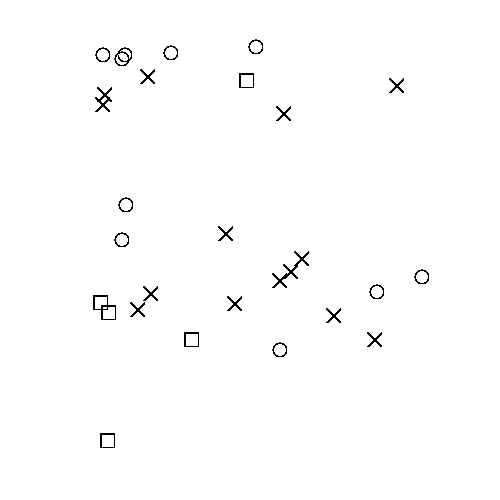
Repository: benceluzsinszky/rock-paper-scissors-simulation-pygame
Script's output: python main.py
An editor plug-in stored every save of this project. The script's output is shown before and after a run of saves, followed by the edit.
The window is shown after at most 60 frames with no key pressed. Random numbers start from a fixed seed. It also reads sprites/paper.png, sprites/rock.png, sprites/scissors.png.

Above is the script's output before, as saved 2023-04-24 21:04:16.

### main.py
import pygame
import sys
import random

from sprites import Sprite


class Game():
    """
    This class initializes the Pygame module and creates the game screen.
    """

    def __init__(self) -> None:
        """
        Initializes Pygame module and creates game screen.
        """
        pygame.init()

        self.clock = pygame.time.Clock()

        pygame.display.set_caption("Rock Paper Scissors")

        self.screen = pygame.display.set_mode((500, 500))

        self.rocks = pygame.sprite.Group()
        self.papers = pygame.sprite.Group()
        self.scissors = pygame.sprite.Group()

        self.sprite_groups = [self.rocks, self.papers, self.scissors]

        self.create_sprites("rock", self.rocks)
        self.create_sprites("paper", self.papers)
        self.create_sprites("scissors", self.scissors)

    def run_game(self):
        """
        Starts the game loop that continues until the user exits the game.
        """
        while True:
            self.check_events()
            self.move_sprites(self.rocks, self.scissors, self.papers)
            self.move_sprites(self.scissors, self.papers, self.rocks)
            self.move_sprites(self.papers, self.rocks, self.scissors)
            self.check_collisions()
            self.update_screen()
            self.clock.tick(60)

    def update_screen(self):
        """
        Updates the game screen with new information.
        """
        self.screen.fill((255, 255, 255))

        for group in self.sprite_groups:
            for sprite in group:
                sprite.blit_sprite()

        pygame.display.flip()

    def check_events(self):
        """
        Checks for user input events such as key presses or window close events.
        """
        for event in pygame.event.get():
            if event.type == pygame.QUIT:
                pygame.quit()
                sys.exit()
            elif event.type == pygame.KEYDOWN:
                if event.key == pygame.K_ESCAPE:
                    self.running = False

    def collision(self, winner, loser, type):
        collision = pygame.sprite.groupcollide(winner, loser, False, True)

        if collision:
            dead_sprite_rect_x = list(collision.values())[0][0].rect.x
            dead_sprite_rect_y = list(collision.values())[0][0].rect.y
            sprite = Sprite(self, type, (dead_sprite_rect_x, dead_sprite_rect_y))
            winner.add(sprite)

    def check_collisions(self):
        self.collision(self.rocks, self.scissors, "rock")
        self.collision(self.scissors, self.papers, "scissors")
        self.collision(self.papers, self.rocks, "paper")

    def move_sprites(self, wathced_group, food, enemy):
        for sprite in wathced_group:
            sprite.action(food, enemy)

    def create_sprites(self, type, group):
        for _ in range(10):
            random_x = random.randint(10, 490)
            random_y = random.randint(10, 490)
            sprite = Sprite(self, type, (random_x, random_y))
            group.add(sprite)


if __name__ == "__main__":
    game = Game()
    game.run_game()

### sprites.py
import pygame
import math

from pygame.sprite import Sprite


class Sprite(Sprite):
    """
    Class that creats a Rock/Papaer/Scissor character.
    """
    def __init__(self, game, character=str, location=tuple) -> None:
        super().__init__()
        self.screen = game.screen
        self.image = pygame.image.load(f"sprites/{character}.png")
        self.image = pygame.transform.scale(self.image, (15, 15))
        self.image.set_colorkey((255, 255, 255))
        self.rect = self.image.get_rect()
        self.rect.x = location[0]
        self.rect.y = location[1]
        self.closest_food = None
        self.closest_food_distance = float("inf")
        self.closest_enemy = None
        self.closest_enemy_distance = float("inf")

    def blit_sprite(self):
        self.screen.blit(self.image, self.rect)

    def get_food_info(self, food):
        for sprite in food:
            distance = math.sqrt((
                sprite.rect[0] - self.rect[1])**2 + (sprite.rect[1] - self.rect[1])**2)
            if distance < self.closest_food_distance:
                self.closest_food_distance = distance
                self.closest_food = sprite

    def get_enemy_info(self, enemy):
        for sprite in enemy:
            distance = math.sqrt((
                sprite.rect[0] - self.rect[1])**2 + (sprite.rect[1] - self.rect[1])**2)
            if distance < self.closest_enemy_distance:
                self.closest_enemy_distance = distance
                self.closest_enemy = sprite

    def eat(self):
        try:
            direction = pygame.math.Vector2(self.closest_food.rect.center) - pygame.math.Vector2(self.rect.center)
            try:
                direction.normalize_ip()
            except ValueError:
                pass
            if (
                self.rect.top > 0 and
                self.rect.bottom < 500 and
                self.rect.left > 0 and
                self.rect.right < 500
                 ):
                self.rect.move_ip(direction * 2)
        except AttributeError:
            pass

    def run(self):
        direction = pygame.math.Vector2(self.closest_enemy.rect.center) - pygame.math.Vector2(self.rect.center)
        try:
            direction.normalize_ip()
        except ValueError:
            pass
        if (
            self.rect.top > 0 and
            self.rect.bottom < 500 and
            self.rect.left > 0 and
            self.rect.right < 500
             ):
            self.rect.move_ip(direction * -2)

    def action(self, food, enemy):
        self.get_food_info(food)
        self.get_enemy_info(enemy)
        self.eat()
        # if self.closest_enemy_distance > self.closest_food_distance:
        #     self.eat()
        # else:
        #     self.run()

After the next 2 saves:
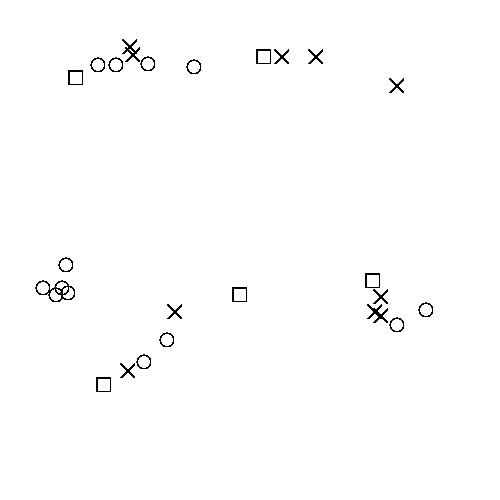
The 2 saves are shown as one change because 1 did not build or start.
The last was saved 6 min 12 s later.
--- a/sprites.py
+++ b/sprites.py
@@ -27,8 +27,7 @@ class Sprite(Sprite):
 
     def get_food_info(self, food):
         for sprite in food:
-            distance = math.sqrt((
-                sprite.rect[0] - self.rect[1])**2 + (sprite.rect[1] - self.rect[1])**2)
+            distance = math.sqrt((sprite.rect.centerx - self.rect.centerx)**2 + (sprite.rect.centery - self.rect.centery)**2)
             if distance < self.closest_food_distance:
                 self.closest_food_distance = distance
                 self.closest_food = sprite
